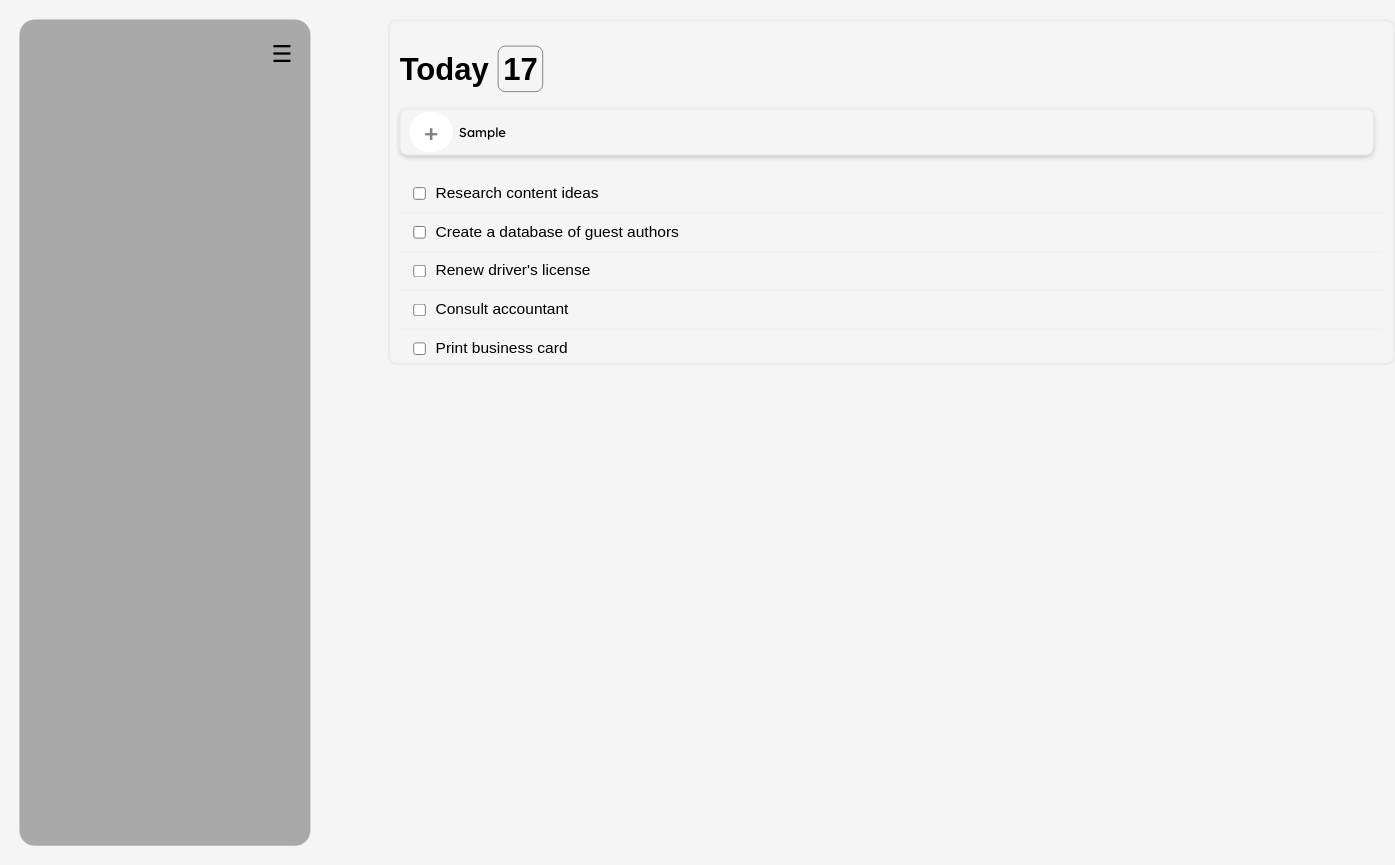
Repository: WeyehnR/Todo-App-e8719e15efb8a3743d14c47aa9ae2115442426d2
Page: Client/index.html
These files come from the project's save history. The page is drawn as it stood at one moment and after the next save; the edit follows.
The browser window is 1280 px wide. The page is 1438 px wide, then 1280 px, so the pictures cover 1438 px, including what lies to the right of the window. The pictures show the whole page, at 97% of full size.
Empty fields were first filled with sample values (such as "Sample", 5 or name@example.com).
After loading, the first visible `#ham-menu-toggle` was clicked once.

Above is the page before, as saved 2023-11-17 15:38:21.

### Client/index.html
<!DOCTYPE html>
<html lang="en">
<head>
    <meta charset="UTF-8">
    <meta name="viewport" content="width=device-width, initial-scale=1.0">
    <title>Todo List Application</title>
    <link href="https://fonts.googleapis.com/css2?family=Lexend+Deca&display=swap" rel="stylesheet">
    <link rel="stylesheet" href="styles.css">
</head>
<body>
    <div class="menu-container">
        <div class="hamburger" id="ham-menu-toggle">&#9776;</div>
        <div class="menu-card" id="menu-card">
            <!-- Content of the expanded gray card goes here -->
        </div>
    </div>
    <div class="todo-container">
        <div class="date-header">
          <h1>Today <span id="dayOfMonth"></span></h1>
        </div>
        <div class="add-task">
            <input type="text" placeholder="Add New Task" id="new-task-input">
            <button id="add-task-btn">+</button>
        </div>
        <ul class="todo-list">
            <li><input type="checkbox" id="task-1"><label for="task-1">Research content ideas</label></li>
            <li><input type="checkbox" id="task-2"><label for="task-2">Create a database of guest authors</label></li>
            <li><input type="checkbox" id="task-3"><label for="task-3">Renew driver's license</label></li>
            <li><input type="checkbox" id="task-4"><label for="task-4">Consult accountant</label></li>
            <li><input type="checkbox" id="task-5"><label for="task-5">Print business card</label></li>
        </ul>
    </div>
    <div class="menu-card" id="menu-card">
        <!-- Content of the expanded gray card goes here -->
    </div>
    <script src="main.js"></script>
</body>
</html>

### Client/styles.css

body {
    font-family: 'Arial', sans-serif;
    background-color: whitesmoke;
    margin: 0;
    padding: 20px;
}

.todo-container {
    top: 20px;
    left: 80px;
    right: 80px;
    width: 1038px;
    height: 356px;
    position: absolute;
    background-color: rgba(250,250,250,0);
    border-radius: 8px;
    border: 2px solid #ebebeb;
    box-sizing: border-box;
    padding: 10px;
    flex-grow: 1;
    transition: margin-left 0.3s ease; /* Add a transition for smooth shifting */
}

/* Shift the todo-container when the menu card is expanded */
.todo-container.expanded {
    margin-left: 320px; /* Match the width of the menu card */
    top: 20px;
    left: 80px;
}

#dayOfMonth {
    border: 1px solid #838181;
    border-radius: 8px;
    padding: 5px;
}

.header {
    display: flex;
    align-items: center;
}
/* Style for the hamburger icon */
.hamburger {
    position:absolute;
    font-size: 24px; /* Adjust the size as needed */
    top: 40px; /* Adjust the top position for the icon */
    left: 25px; /* Adjust the left position for the icon */
    cursor: pointer;
    font-family: 'Lexend Deca';
    z-index: 2;
}

.hamburger.expanded {
    top: 40px; /* Align with the top of the expanded menu card */
    left: 280px; /* Align with the left of the expanded menu card */
}


.menu-container{
    display: flex;
}

/* Style for the gray menu card */
.menu-card {
    width: 0; /* Initially hidden */
    height: 100%;
    overflow: hidden;
    transition: width 0.3s ease; /* Add a transition for smooth expansion */
    z-index: 1; /* Ensure the menu card is above other content */
}

/* Style for the content within the menu card */
.menu-card-content {
    padding: 20px;
    /* Add additional styling as needed for the expanded card content */
}

/* Adjust the width when the menu card is expanded */
.menu-card.expanded {
    width: 300px; /* Adjust the width as desired */
    background-color: darkgray; /* Adjust the text color as desired */
    top: 24px;
    left: 24px;
    height: 852px;
    border-radius: 16px;
}



.header h1 {
    margin: 0;
    font-size: 24px;
}

.header span {
    color: #888;
}

.add-task input {
    width: 100%;
    padding: 10px;
    margin-bottom: 20px;
    border: 1px solid #ddd;
    box-sizing: border-box;
}

.todo-list {
    list-style: none;
    padding: 0;
    margin: 0;
}

.todo-list li {
    padding: 10px;
    border-bottom: 1px solid #eee;
    display: flex;
    align-items: center;
}

.todo-list li:last-child {
    border-bottom: none;
}

input[type="checkbox"] {
    margin-right: 10px;
}

/* You can add more styles for checked tasks or interactive states */

/* ... other styles ... */

.add-task {
    display: flex;
    align-items: center;
    position: relative; /* Add this line */
}

.add-task input[type="text"] {
    top: 120px;
    left: 378px;
    width: 1038px;
    height: 48px;
    background-color: rgba(250,250,250,0);
    border-radius: 8px;
    border: 1px solid #ebebeb;
    box-sizing: border-box;
    flex-grow: 1;
    padding: 10px;
    padding-left: 60px; /* Add space for the button */
    margin-right: 10px;
    box-shadow: 0 2px 5px rgba(0, 0, 0, 0.2);
    font-family: 'Lexend Deca';
}


.add-task button {
    position: absolute; /* Add this line */
    left: 10px; /* Adjust as needed */
    top: 35%;
    transform: translateY(-50%); /* This centers the button vertically */
    display: flex;
    justify-content: center;
    align-items: center;
    padding: 1px 15px;
    border: none;
    border-radius: 50%; /* This creates the round shape for the button */
    background-color: rgb(255, 255, 255); /* Replace with the desired button color */
    color: gray;
    font-size: 25px;
    cursor: pointer;
    font-family: 'Lexend Deca';
}

/* ... rest of the styles ... */

/* Styles to ensure the input and button are aligned properly */
.add-task input[type="text"], .add-task button {

    line-height: 40px; /* Adjust line height to vertically center the text */
}

/* Adding some interactivity to the button */
.add-task button:hover {
    background-color: rgb(185, 181, 181); /* Darker shade when hovering */
}

/* ... additional styles and responsive adjustments ... */

### Client/main.js
const getElementById = (element) => document.getElementById(element);
const querySelector = (element) => document.querySelector(element);
document.addEventListener("DOMContentLoaded", function () {
    // Your JavaScript code here
    const currentDate = new Date();
    const dayOfMonth = currentDate.getDate();
    const dayOfMonthElement = getElementById("dayOfMonth");
    dayOfMonthElement.textContent = dayOfMonth;
});

// Get references to the hamburger icon, menu card, and todo-container
const hamburger = document.getElementById("ham-menu-toggle");
const menuCard = document.getElementById("menu-card");
const todoContainer = document.querySelector(".todo-container");

// Add a click event listener to toggle the menu card's expanded state
hamburger.addEventListener("click", () => {
  menuCard.classList.toggle("expanded");
  todoContainer.classList.toggle("expanded");
  hamburger.classList.toggle("expanded");
});

After the next save:
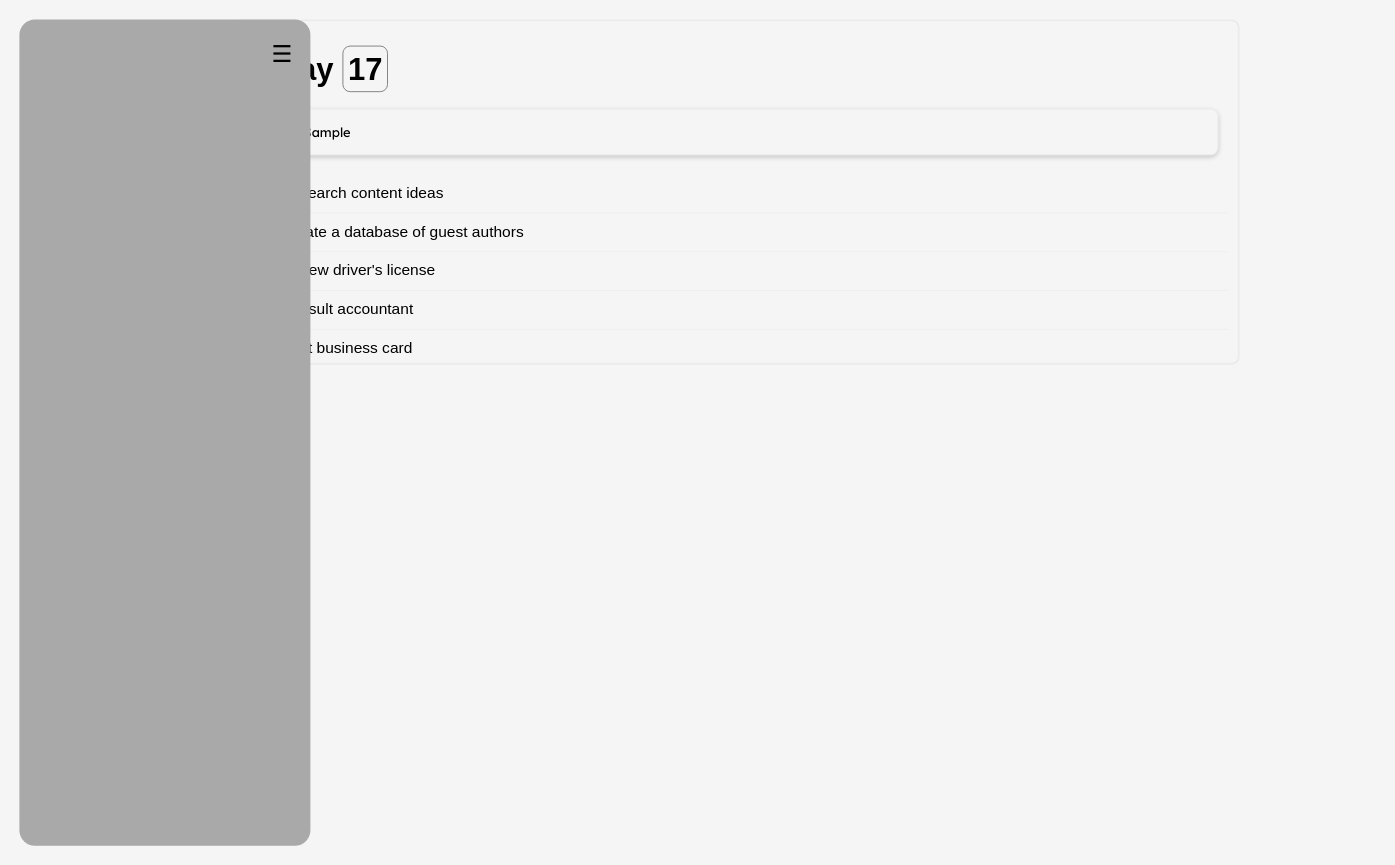
Saved 4 s later.
--- a/Client/styles.css
+++ b/Client/styles.css
@@ -26,7 +26,7 @@ body {
 .todo-container.expanded {
     margin-left: 320px; /* Match the width of the menu card */
     top: 20px;
-    left: 80px;
+    left: -80px;
 }
 
 #dayOfMonth {
